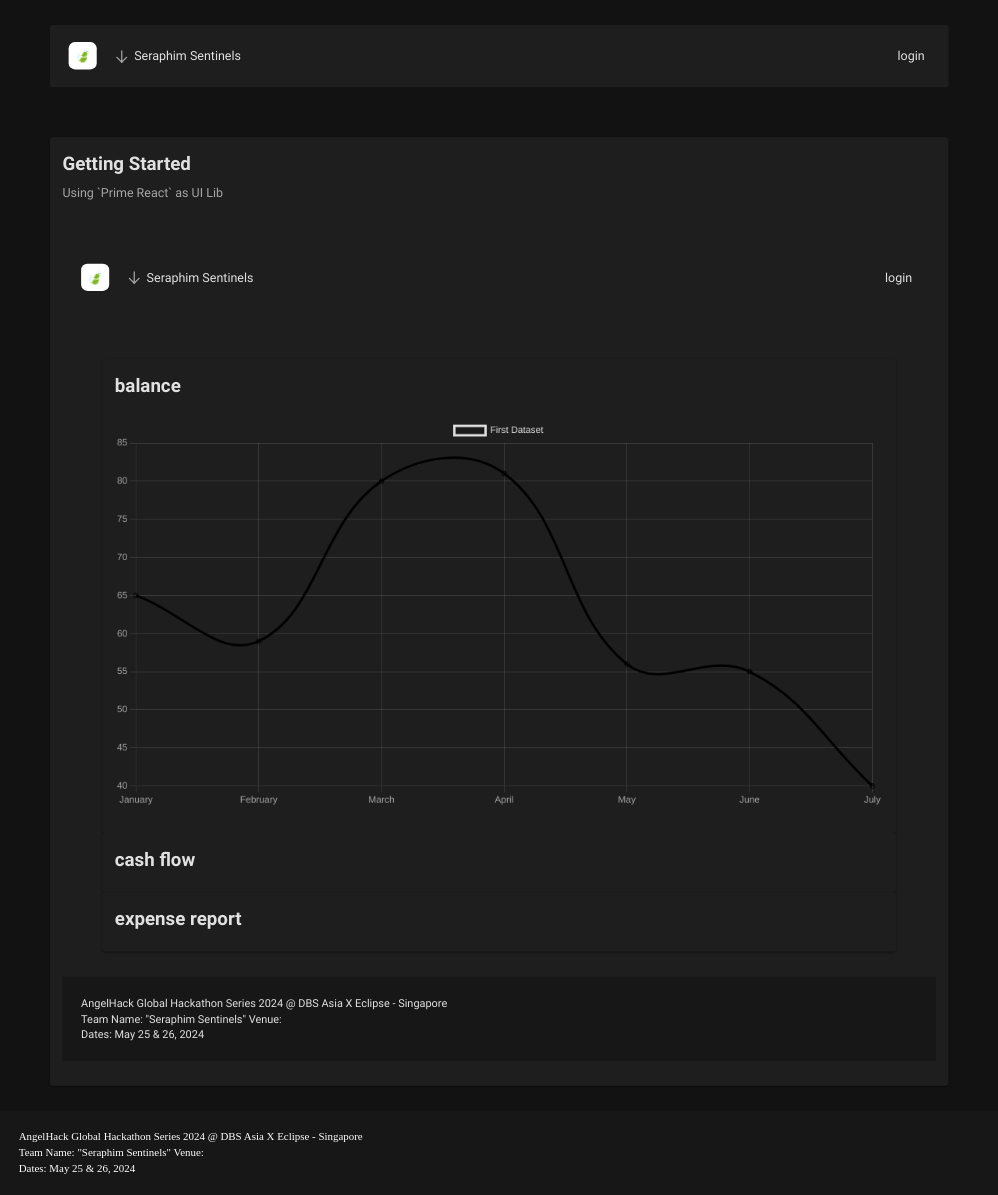
Repository: cheonglol/Seraphim-Sentinels
Page: /
An editor plug-in stored every save of this project. The page is shown before and after the next save, followed by the edit.
The browser window is 1280 px wide. The pictures show the whole page, at 78% of full size.
Some web fonts or font styles are not loaded; a fallback is used. The project was rebuilt for these pictures with package versions that can differ from the ones it lists, and the page was loaded fresh each time. Also part of the build but not shown: webpack.config.js, src/Views/Common/ErrorView.tsx.

Above is the page before, as saved 2024-05-25 14:32:13.

### src/global.css
@tailwind base;
@tailwind components;
@tailwind utilities;

/* lexend-latin-wght-normal */
@font-face {
    font-family: 'Lexend Variable';
    font-style: normal;
    font-display: swap;
    font-weight: 100 900;
    src: url(https://cdn.jsdelivr.net/fontsource/fonts/lexend:vf@latest/latin-wght-normal.woff2) format('woff2-variations');
    unicode-range: U+0000-00FF, U+0131, U+0152-0153, U+02BB-02BC, U+02C6, U+02DA, U+02DC, U+0300-0301, U+0303-0304, U+0308-0309, U+0323, U+0329, U+2000-206F, U+2074, U+20AC, U+2122, U+2191, U+2193, U+2212, U+2215, U+FEFF, U+FFFD;
}

/* azeret-mono-latin-wght-normal */
@font-face {
    font-family: 'Azeret Mono Variable';
    font-style: normal;
    font-display: swap;
    font-weight: 100 900;
    src: url(https://cdn.jsdelivr.net/fontsource/fonts/azeret-mono:vf@latest/latin-wght-normal.woff2) format('woff2-variations');
    unicode-range: U+0000-00FF, U+0131, U+0152-0153, U+02BB-02BC, U+02C6, U+02DA, U+02DC, U+0300-0301, U+0303-0304, U+0308-0309, U+0323, U+0329, U+2000-206F, U+2074, U+20AC, U+2122, U+2191, U+2193, U+2212, U+2215, U+FEFF, U+FFFD;
}

@layer base {
    body {
        margin: 0;
        font-family: "Lexend Variable";
        -webkit-font-smoothing: antialiased;
        -moz-osx-font-smoothing: grayscale;
    }

    code {
        /* text-wrap: wrap; */
        word-wrap: break-word;
        font-family: "Azeret Mono Variable"
            monospace;
    }

    h1 {
        font-size: x-large;
    }

    h2 {
        font-size: larger;
    }

    h3 {
        font-size: large;
    }

    h4 {
        font-size: medium;
    }

    h6 {
        font-size: small;
    }
}

### src/Router/Router.ts
import { RouteObject, createBrowserRouter } from "react-router-dom";
import { ProtectedRoutes } from "./ProtectedRoutes";
import { LandingView } from "../Views/LandingView";

import { ErrorView } from "../Views/Common/ErrorView";
// import { ExternalReferredLoader } from "./RouteLoaders/ExternalReferredLoader";

export const router = createBrowserRouter([
    {
        path: "/",
        Component: LandingView,
        ErrorBoundary: ErrorView
    },
    {
        path: "/games"
    },
    ...ProtectedRoutes.map((route: RouteObject) => {
        return route;
    }),
]);

### src/Router/ProtectedRoutes.ts
import { RouteObject } from "react-router-dom";

export const ProtectedRoutes: RouteObject[] = [{ path: "/feed" }];

### src/Views/LandingView.tsx
import { Card } from "primereact/card";
import { BasicLayout } from "../Layouts/Base/BasicLayout";
import RetirementPlanDashboard from "./RetirementPlanDashboard";

// TODO: move each post as its own component under `src\Components\blog` so i dont make this fucking landing page SO LONG TO READ wtf

export const LandingView = () => {
  return (
    <BasicLayout
      mainContent={
        <div className="grid grid-cols-1 sm:grid-cols-0 gap-4 max-w-[90vw] m-auto">
          <Card
            title="Getting Started"
            subTitle="Using `Prime React` as UI Lib"
          >
            <RetirementPlanDashboard />
          </Card>
        </div>
      }
    />
  );
};

### src/Layouts/Base/BasicLayout.tsx
import React from "react";
import { HeaderNav } from "../../Components/Navigational/HeaderNav";
import { Footer } from "../../Components/Navigational/Footer";

interface Props {
  headerContent?: any | undefined;
  mainContent: any;
  footerContent?: any;
}

export const BasicLayout = ({
  headerContent,
  mainContent,
  footerContent,
}: Props) => {
  const defaultHeader = <HeaderNav />;
  const defaultFooter = <Footer />;

  return (
    <>
      <header className="py-4">
        {!headerContent ? defaultHeader : headerContent}
      </header>
      <main className="py-8 px-[4vw] min-h-screen ">{mainContent}</main>
      <footer>{!footerContent ? defaultFooter : footerContent}</footer>
    </>
  );
};

### src/Views/RetirementPlanDashboard.tsx
import React from "react";
import { BasicLayout } from "../Layouts/Base/BasicLayout";
import { Card } from "primereact/card";
import { LineChart } from "../Components/RetirementPlanDashboard/LineChart";
import { LineChartData } from "../Components/RetirementPlanDashboard/LineChartData";

    const data: LineChartData = {
      labels: ["January", "February", "March", "April", "May", "June", "July"],
      datasets: [
        {
          label: "First Dataset",
          data: [65, 59, 80, 81, 56, 55, 40],
          fill: false,
          borderColor: "--blue-500",
          tension: 0.4,
        },
      ],
    };

export const RetirementPlanDashboard = () => {
  return (
    <BasicLayout
      mainContent={
        <>
          <Card title="balance">
            <LineChart lineChartData={data}/>
          </Card>

          <Card title="cash flow"></Card>
          <Card title="expense report"></Card>
        </>
      }
    />
  );
};

export default RetirementPlanDashboard;

### src/Components/Navigational/HeaderNav.tsx
import { PrimeIcons } from "primereact/api";
import { Menubar } from "primereact/menubar";
import { MenuItem } from "primereact/menuitem";
import { LoginSignupModalButton } from "./LoginSignUpModalButton";

export const HeaderNav = () => {
  const menuItems: MenuItem[] = [
    {
      label: "Seraphim Sentinels",
      icon: PrimeIcons.ARROW_DOWN,
      url: "/",
    },
  ];

  return (
    <div className="py-4 max-w-[90vw] m-auto">
      <Menubar
        start={
          <a
            className="m-2 font-mono text-blue-500 hover:font-semibold bg-white p-2 rounded-lg"
            href="/"
          >
            🍃
          </a>
        }
        end={<LoginSignupModalButton />}
        model={menuItems}
        className="p-4"
      />
    </div>
  );
};

### src/Components/Navigational/Footer.tsx
export const Footer = () => {
  return (
    <div className="p-6 bg-neutral-900 text-left text-sm">
      AngelHack Global Hackathon Series 2024 @ DBS Asia X Eclipse - Singapore
      <br /> Team Name: "Seraphim Sentinels" Venue:
      <br /> Dates: May 25 & 26, 2024
    </div>
  );
};

### src/Components/RetirementPlanDashboard/LineChart.tsx
import React, { useState, useEffect } from "react";
import { Chart } from "primereact/chart";
import { LineChartData } from "./LineChartData";

interface Props {
  lineChartData: LineChartData;
}

export const LineChart = ({ lineChartData }: Props) => {
  const [chartData, setChartData] = useState({});
  const [chartOptions, setChartOptions] = useState({});

  useEffect(() => {
    const documentStyle = getComputedStyle(document.documentElement);
    const textColor = documentStyle.getPropertyValue("--text-color");
    const textColorSecondary = documentStyle.getPropertyValue(
      "--text-color-secondary"
    );
    const surfaceBorder = documentStyle.getPropertyValue("--surface-border");
    const options = {
      maintainAspectRatio: false,
      aspectRatio: 0.6,
      plugins: {
        legend: {
          labels: {
            color: textColor,
          },
        },
      },
      scales: {
        x: {
          ticks: {
            color: textColorSecondary,
          },
          grid: {
            color: surfaceBorder,
          },
        },
        y: {
          ticks: {
            color: textColorSecondary,
          },
          grid: {
            color: surfaceBorder,
          },
        },
      },
    };

    setChartData(lineChartData);
    setChartOptions(options);
  }, []);

  return (
    <div className="card">
      <Chart type="line" data={chartData} options={chartOptions} />
    </div>
  );
};

### src/Components/Navigational/LoginSignUpModalButton.tsx
import React, { useState } from "react";
import { Dialog } from "primereact/dialog";
import { Button } from "primereact/button";
import { TabView, TabPanel } from "primereact/tabview";
import { InputText } from "primereact/inputtext";

export const LoginSignupModalButton = () => {
  const [loginModalVisible, setLoginModalVisible] = useState<boolean>(false);
  return (
    <>
      <Button label="login" onClick={() => setLoginModalVisible(true)} />
      <Dialog
        showHeader={false}
        visible={loginModalVisible}
        onHide={() => setLoginModalVisible(false)}
        className="min-h-[35vh]"
      >
        <TabView>
          <TabPanel header="login">
            <div className="flex flex-col gap-4">
              <InputText
                id="email"
                type="email"
                placeholder="Email"
                className="p-2"
              />
              <InputText
                id="password"
                type="password"
                placeholder="Password"
                className="p-2"
              />
            </div>
          </TabPanel>
          <TabPanel header="sign up"></TabPanel>
        </TabView>
      </Dialog>
    </>
  );
};

### tailwind.config.js
/** @type {import('tailwindcss').Config} */
module.exports = {
  content: ["./src/**/*.{html,js,jsx,ts,tsx,css}"],
  theme: {
    extend: {},
  },
  plugins: [],
};

Loaded but not shown: public/index.html (common file); src/index.tsx (common file); src/App.tsx (common file); src/serviceWorkerRegistration.ts (common file)

After the next save:
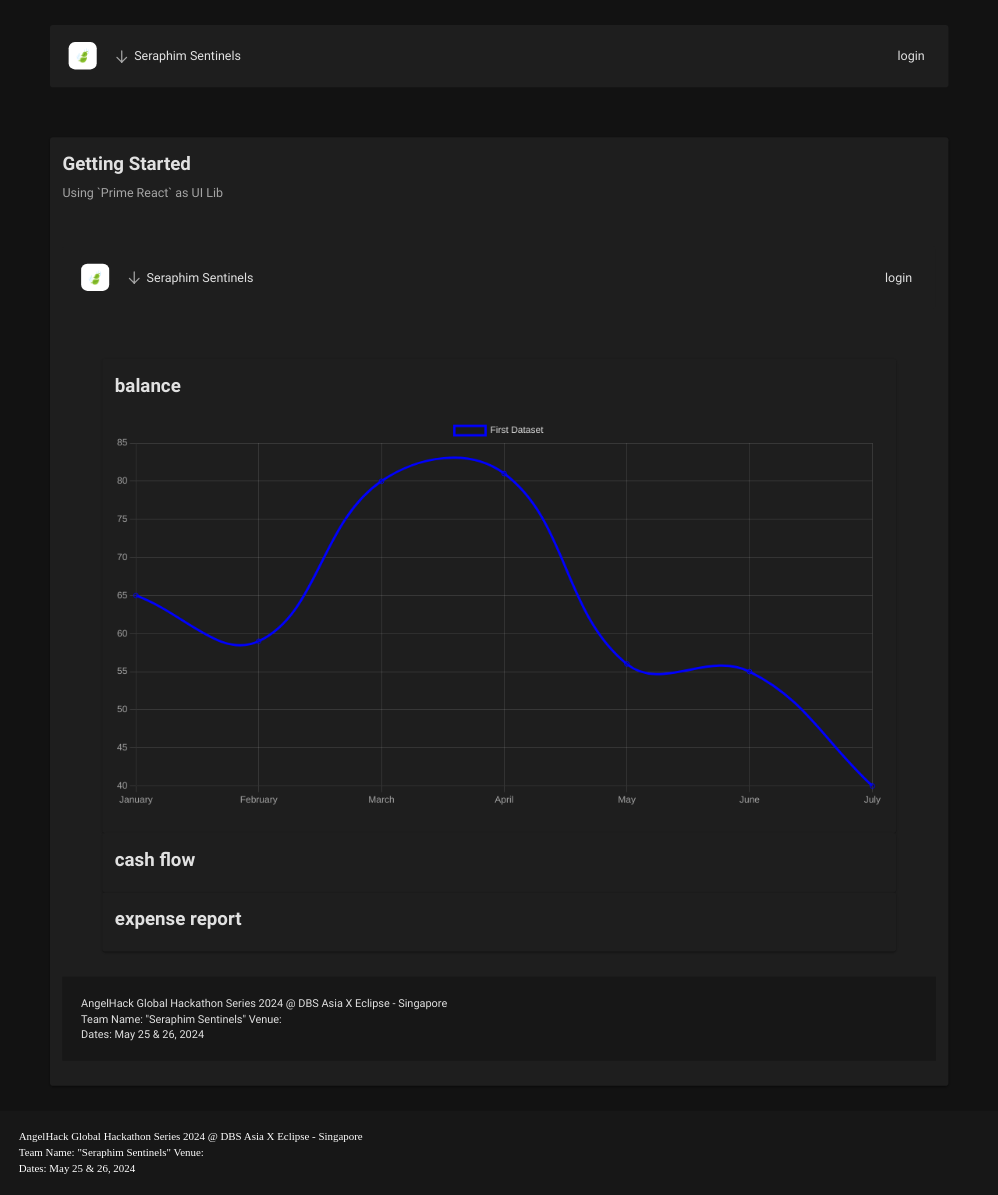
Saved 119 s later.
--- a/src/Views/RetirementPlanDashboard.tsx
+++ b/src/Views/RetirementPlanDashboard.tsx
@@ -11,7 +11,7 @@ import { LineChartData } from "../Components/RetirementPlanDashboard/LineChartDa
           label: "First Dataset",
           data: [65, 59, 80, 81, 56, 55, 40],
           fill: false,
-          borderColor: "--blue-500",
+          borderColor: "blue",
           tension: 0.4,
         },
       ],
